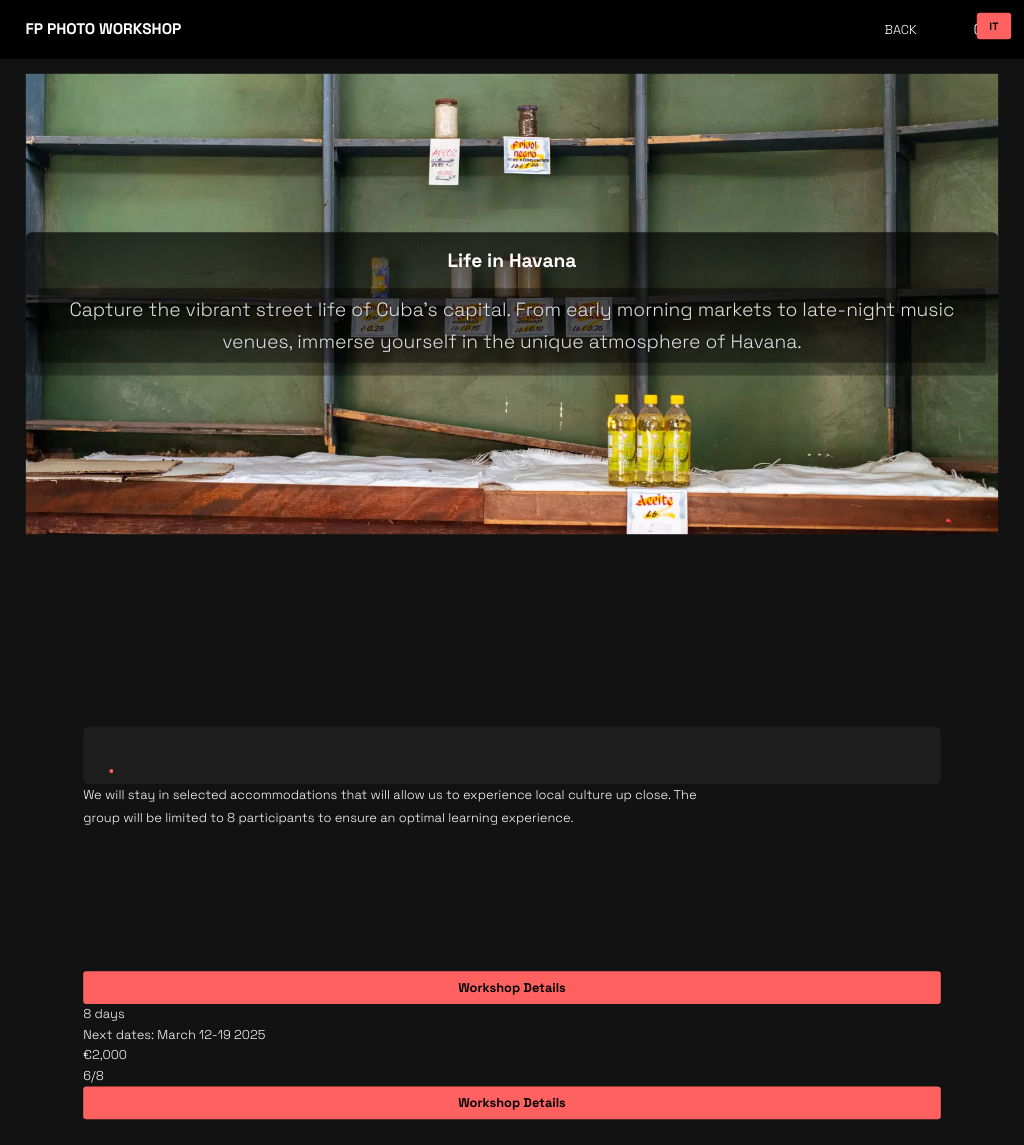
Repository: philipkdpavkia/photo-auto
Page: workshop/cuba.html
The author's editor kept a copy of each file at every save. The page is drawn from the files as they stood at one save, then again after the next save.
The browser window is 1280 px wide. The pictures show the whole page, at 80% of full size.

Above is the page before, as saved 2024-11-22 00:55:09.

After the next save:
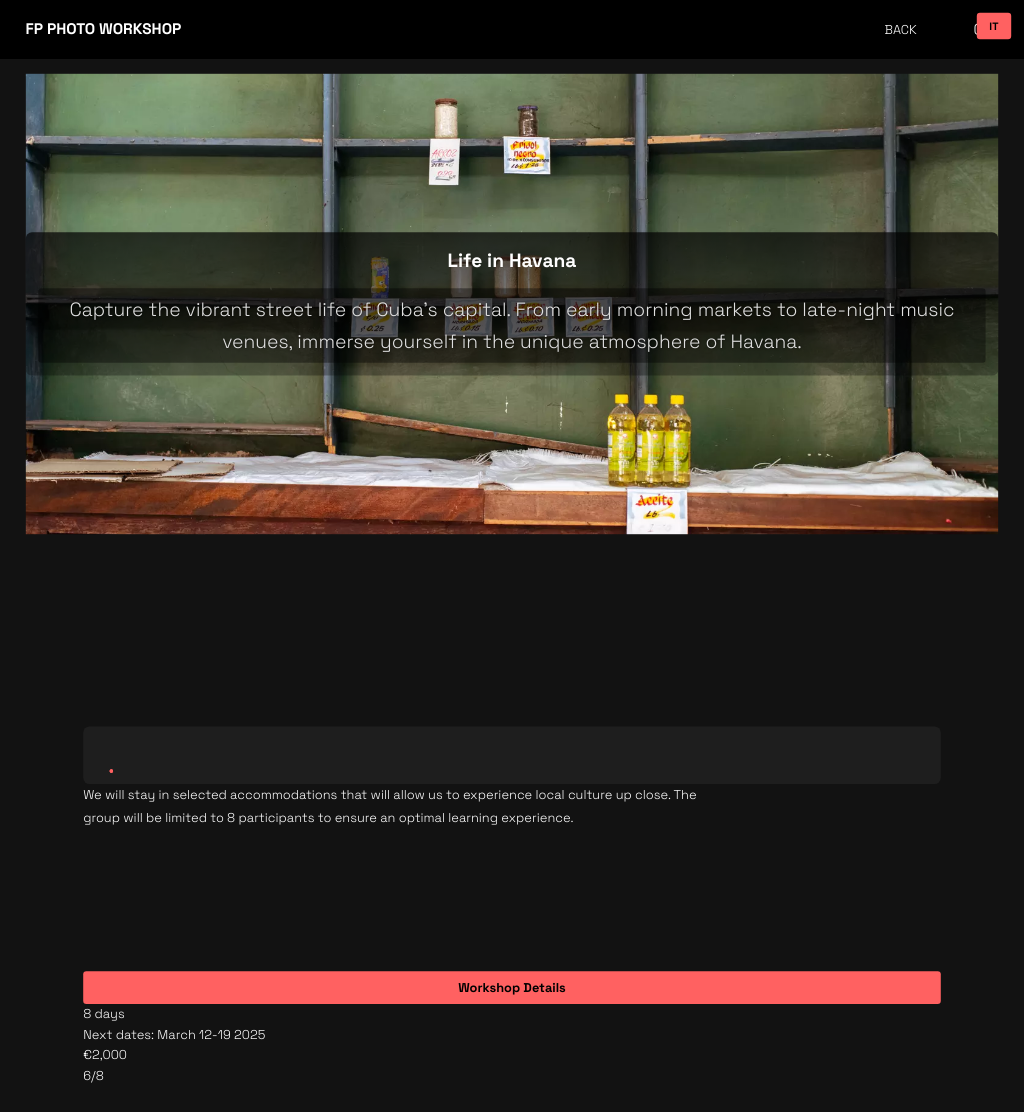
Saved 23 s later.
--- a/workshop/cuba.html
+++ b/workshop/cuba.html
@@ -99,7 +99,6 @@
                     <div class="info-label" data-translate="workshops_page.details.spots_label"></div>
                     <div class="info-value">6/8</div>
                 </div>
-                <a href="iscrizione.html?workshop=cuba" class="workshop-button" data-translate="workshops_page.cards.cuba.button"></a>
             </div>
         </section>
     </main>
